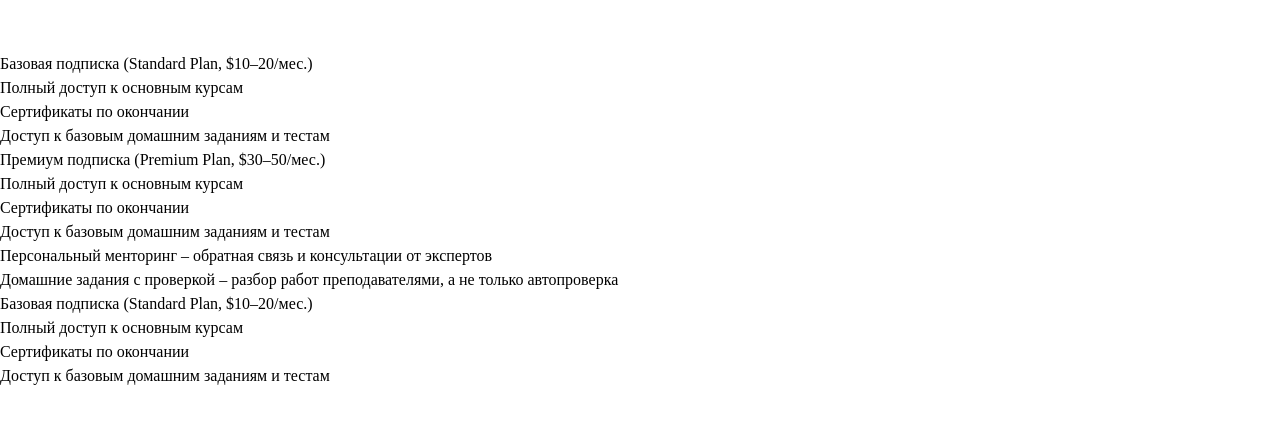
Repository: marjango/course
Page: /pricepage
The author's editor kept a copy of each file at every save. The page is drawn from the files as they stood at one save, then again after the next save.
The browser window is 1280 px wide. The pictures show the whole page.
The project was rebuilt for these pictures with package versions that can differ from the ones it lists, and the page was loaded fresh each time. The framework's server and built-in components were replaced by stand-ins that run in the browser. Also part of the build but not shown: next.config.ts, app/coursespage/courses.module.css.

Above is the page before, as saved 2025-03-26 20:47:42.

After the next save:
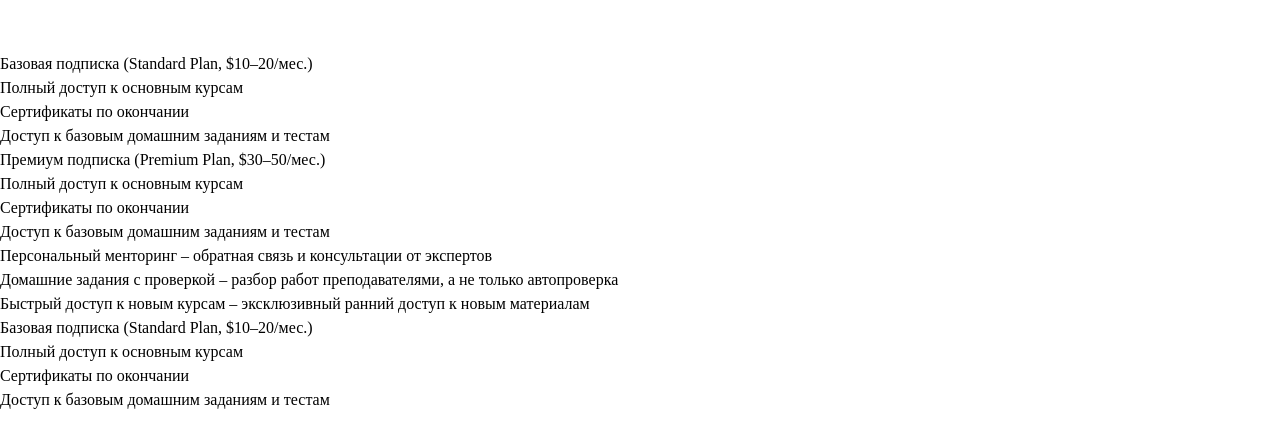
Saved 16 s later.
--- a/app/pricepage/page.tsx
+++ b/app/pricepage/page.tsx
@@ -24,8 +24,8 @@ const pricepage = () => {
           <li>Сертификаты по окончании</li>
           <li>Доступ к базовым домашним заданиям и тестам</li>
           <li>Персональный менторинг – обратная связь и консультации от экспертов</li>
-          <li>Домашние задания с проверкой – разбор работ преподавателями, а не только автопроверка
-          </li>
+          <li>Домашние задания с проверкой – разбор работ преподавателями, а не только автопроверка          </li>
+          <li>Быстрый доступ к новым курсам – эксклюзивный ранний доступ к новым материалам</li>
         </ul>
       </div>
       <div className={s.col1}>
